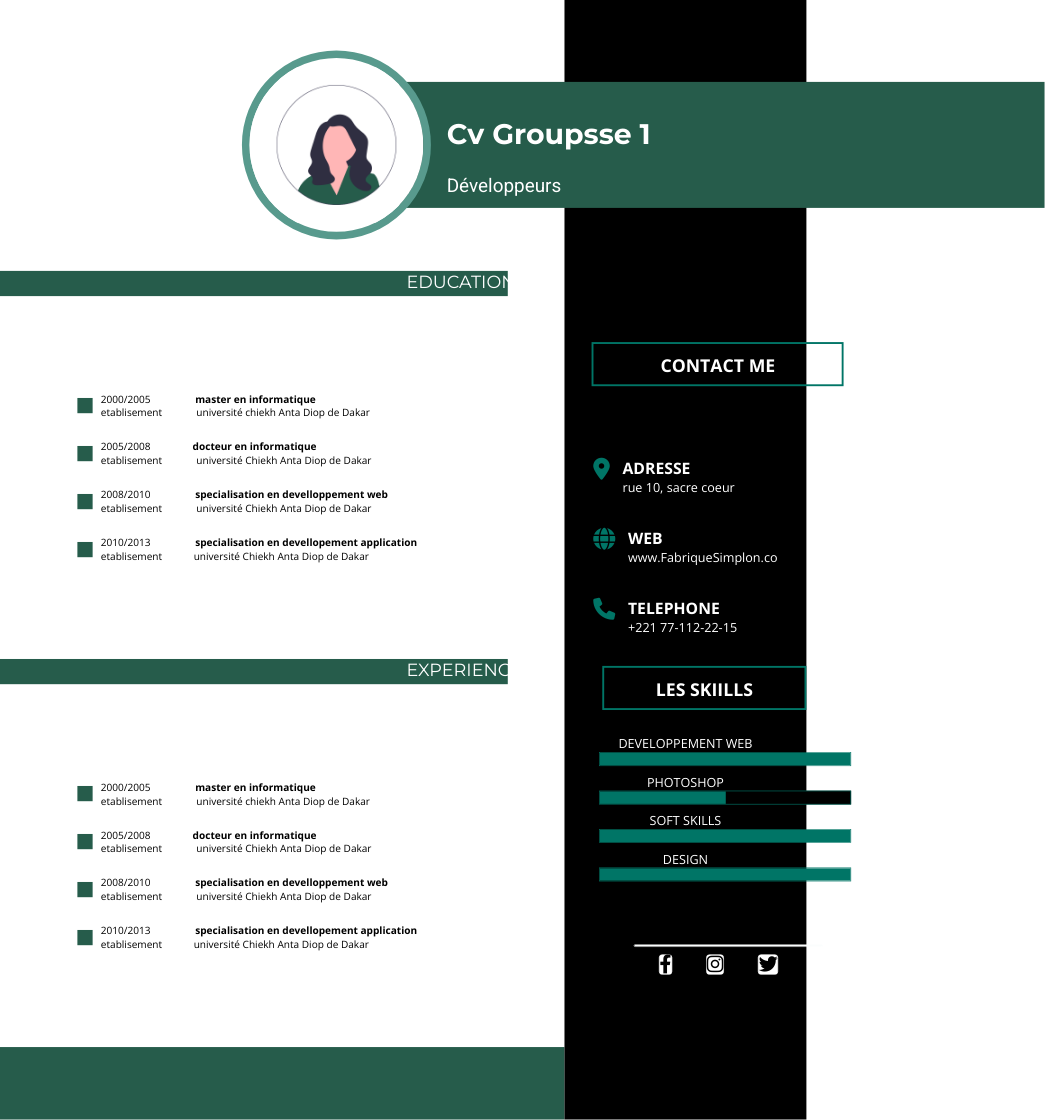
Repository: NdiongueFH/Mon_CV
Page: CV_Groupe1.html
The author's editor kept a copy of each file at every save. The page is drawn from the files as they stood at one save, then again after the next save.
The browser window is 1280 px wide. The page is 1664 px wide, so the pictures cover 1664 px, including what lies to the right of the window. The pictures show the whole page, at 63% of full size.

Above is the page before, as saved 2024-08-05 15:48:39.

### CV_Groupe1.html
<!DOCTYPE html>
<html lang="fr">
<head>
    <meta charset="UTF-8">
    <meta name="viewport" content="width=device-width, initial-scale=1.0">
    <!--Intégration de police d'écriture via un lien web-->
    <link href="https://fonts.googleapis.com/css2?family=Montserrat:wght@400;700&family=Open+Sans:wght@400;700&family=Roboto:wght@400;500&display=swap" rel="stylesheet">
    <!--Intégration de notre lien CSS-->
    <!--Intégration de police d'écriture via un lien web-->
    <link href="https://fonts.googleapis.com/css2?family=Montserrat:wght@400;700&family=Open+Sans:wght@400;700&family=Roboto:wght@400;500&display=swap" rel="stylesheet">
    <link rel="stylesheet" href="https://cdnjs.cloudflare.com/ajax/libs/font-awesome/6.0.0-beta3/css/all.min.css">
    <!--Intégration de notre lien CSS-->
    <link rel="stylesheet" href="CV_Groupe1.css">
    <title>MON CV</title>

</head>
<body>
    <!--section principale-->
    <section id="principal">

        <!--Début Partie Ndiawar-->

        <!--la partie profile de notre cv-->
        <section id="profile">
            <!--identité-->
            <div id="identite">
                <!--image-->
                <div class="image">

                    <img id="image_profil" src="./image/profil.png" alt="" sizes="30" srcset="">
                </div>
                <!--fin image-->
                <!--debut nom-->
                <div class="nom">
                    <h2 id="name_cv">Cv Groupsse 1</h2>
                    <span id="function">Développeurs</span>
                </div>
                <!--fin nom-->
            </div>
            <!--fin identité-->
        </section>
        <!--fin de la partie profile-->

        <!--Fin Partie Ndiawar Diop-->


        <!--le debut du corp de notre cv-->
        <section  id="renseignement">
            <!--corp -->
            <div id="corps">
                <!--debut blanc-->
                <div class="blanc">
                    <!--Début Partie Anta Maguette Faye-->
                    <!--education-->
                    <div class="edu_exp">
                        <!--titre education-->
                        <div class="titre_edu_exp">
                            EDUCATION
                        </div>
                        <!--fin titre education-->
                        <!--parti education-->
                        <div class="info_edu">
                            <ul id="carre">
                                <li>
                                    <p>
                                        2000/2005 &nbsp;&nbsp;&nbsp;<span class="espace"> <strong>master en informatique</strong> </span><br>
                                        etablisement <span class="espace"> université chiekh Anta Diop de Dakar  </span><br>
                                    </p>
                                </li>
                                <li>
                                    <p>
                                        2005/2008  &nbsp;&nbsp;&nbsp;<span class="espace"><strong>docteur en informatique </strong> </span><br>
                                        etablisement <span class="espace"> université Chiekh Anta Diop de Dakar</span>
                                    </p>
                                </li>
                                <li>
                                    <p>
                                        2008/2010 &nbsp;&nbsp;&nbsp;<span class="espace"> <strong>specialisation en develloppement web </strong>  </span><br>
                                        etablisement <span class="espace">université Chiekh Anta Diop de Dakar</span>
                                    </p>
                                </li>
                                <li>
                                    <p>
                                        2010/2013 &nbsp;&nbsp;&nbsp;<span class="espace"> <strong>specialisation en devellopement application</strong></span>  <br>
                                        etablisement<span class="espace">université Chiekh Anta Diop de Dakar</span>
                                    </p>

                                </li>
                            </ul>
                        </div>
                        <!--fin parti education-->
                    </div>
                    <!--fin education-->


                    <!--Fin Partie Anta Maguette Faye-->

                    <!--Début Partie Fatoumata Hawa Ndiongue-->

                    <!--experience-->
                    <div class="edu_exp" >
                        <!--titre experience-->
                        <div class="titre_edu_exp">
                            EXPERIENCE
                        </div>
                        <!--fin titre experience-->
                        <!--parti experience-->
                            <div class="info_edu">
                                <ul id="carre">
                                    <li>
                                        <p>
                                            2000/2005 &nbsp;&nbsp;&nbsp;<span class="espace"> <strong>master en informatique</strong> </span><br>
                                            etablisement <span class="espace"> université chiekh Anta Diop de Dakar  </span><br>
                                        </p>
                                    </li>
                                    <li>
                                        <p>
                                            2005/2008  &nbsp;&nbsp;&nbsp;<span class="espace"><strong>docteur en informatique </strong> </span><br>
                                            etablisement <span class="espace"> université Chiekh Anta Diop de Dakar</span>
                                        </p>
                                    </li>
                                    <li>
                                        <p>
                                            2008/2010 &nbsp;&nbsp;&nbsp;<span class="espace"> <strong>specialisation en develloppement web </strong>  </span><br>
                                            etablisement <span class="espace">université Chiekh Anta Diop de Dakar</span>
                                        </p>
                                    </li>
                                    <li>
                                        <p>
                                            2010/2013 &nbsp;&nbsp;&nbsp;<span class="espace"> <strong>specialisation en devellopement application</strong></span>  <br>
                                            etablisement<span class="espace">université Chiekh Anta Diop de Dakar</span>
                                        </p>

                                    </li>
                                </ul>
                            </div>
                        <!--fin parti experience-->
                    </div>
                    <!--fin experience-->

                    <!--Début Footer-->
                    <div id="footer">

                    </div>
                    <!--Fin Footer-->

                    <!--Fin Partie Fatoumata Hawa Ndiongue-->

                </div>
                <!--fin blanc-->

                <!--Début Moustapha Dieng-->


                <!--debut noir-->
                <div class="noir">
                    <!--contact-->
                    <div class="contact">
                        <!--titre contact-->
                        <div class="titre_contact_skill">
                            <h1>CONTACT ME</h1>
                        </div>
                        <!--fin titre contact-->
                        <!-- donnee contact-->
                        <div class="donnees_contact">
                            <div class="info_contact">
                                <i class="fas fa-map-marker-alt"></i>
                                <div>
                                    <strong>ADRESSE</strong><br>
                                    rue 10, sacre coeur
                                </div>
                            </div>
                            <div class="info_contact">
                                <i class="fas fa-globe"></i>
                                <div>
                                    <strong>WEB</strong><br>
                                    www.FabriqueSimplon.co
                                </div>
                            </div>
                            <div class="info_contact">
                                <i class="fas fa-phone"></i>
                                <div>
                                    <strong>TELEPHONE</strong><br>
                                    +221 77-112-22-15

                                </div>
                            </div>

                        </div>
                        <!--fin donnee contact-->
                    </div>
                    <!--fin contact-->
                    <!--skill-->
                    <div class="skill">
                        <!--titre skill-->
                        <div class="titre_contact_skill2">
                            <h1> LES  SKIILLS</h1>
                        </div>
                        <!--fin titre skill-->
                        <!--donné skill-->
                        <div class="donnees_skill">DEVELOPPEMENT WEB</div>
                            <div class="bar-container">
                                <div class="bar"></div>
                            </div>
                        <div class="donnees_skill">PHOTOSHOP</div>
                            <div class="bar-container">
                                <div class="bar1"></div>
                            </div>
                        <div class="donnees_skill">SOFT SKILLS</div>
                            <div class="bar-container">
                                <div class="bar2"></div>
                            </div>
                        <div class="donnees_skill">DESIGN</div>
                            <div class="bar-container">
                                <div class="bar3"></div>
                            </div>
                        <!--fin donné skill-->
                    </div>
                    <!--fin skill-->
                    <!--resaux socio-->
                    <div id="resaux">
                        <div class="rs-container">
                            <div class="rs"></div>
                        </div>
                        <div class="social-icons">
                            <i class="fab fa-facebook-f"></i>
                            <i class="fab fa-instagram"></i>
                            <i class="fab fa-twitter"></i>
                        </div>
                    </div>
                    <!--fin resaux socio-->
                </div>
                <!--fin noir-->

                <!--Fin Moustapha Dieng-->


            </div>
            <!--fin corp-->

        </section>
        <!--la fin du corp de notre cv-->
    </section>
    <!--Fin section principale-->

</body>
</html>

### CV_Groupe1.css
/*Le pseudo-élément `:root` en CSS permet de définir des variables globales pour un document,
représentant l'élément `<html>`. Utilisé pour centraliser la gestion des styles comme
les couleurs et les polices, il facilite la maintenance du CSS en rendant
les valeurs facilement réutilisables et modifiables dans toute la feuille de style.*/


:root {
    /* Définition des couleurs de base */
    --teal-1: #265C4B; /* Teal foncé */
    --teal-2: #146551; /* Teal moyen foncé */
    --teal-3: #007566; /* Teal vif */
    --teal-4: #589A8D; /* Teal clair */
    --teal-5: #fff; /* Blanc très clair */
    --Noir-6: #000000; /*Noir*/
    --Blanc-7: #ffffff; /*Blanc*/

    /* Utilisation des couleurs pour différents éléments */

    --color-title: var(--teal-1); /* Couleur pour les titres */
    --color-subtitle: var(--teal-3); /* Couleur pour les sous-titres */
    --color-paragraph: var(--teal-2); /* Couleur pour les paragraphes */
    --color-border: var(--teal-4); /* Couleur pour les bordures */
    --color-backgroundFoncé: var(--teal-1); /*Couleur de fond foncée*/
    --color-background: var(--teal-5); /* Couleur de fond général */
    --color-text: var(--Noir-6); /*Couleur pour le texte de fond*/
    --color-white: var(--Blanc-7); /*Couleur blanche pour les texte de fon d'une balise"*/
}

/*Intégration de nos polices d'écritures générales pour notre texte, titre et les sous-titres*/
:root {
    /* Polices */
    --font-title: 'Montserrat', sans-serif;
    --font-text: 'Open Sans', sans-serif;
    --font-subtitle: 'Roboto', sans-serif;

    /* Taille de police standard et poids */
    --font-size-normal: 16px; /* Taille de police standard pour le texte */
    --font-size-title: 28px; /* Taille de police pour les grands titres */
    --font-size-subtitle: 20px; /* Taille de police pour les sous-titres */
    --font-weight-normal: 400; /* Poids normal de la police */
    --font-weight-bold: 700; /* Poids en gras */
    /*Pour le profil la taile du nom et du sous-titre*/
    --font-size-titleProfil: 45px;
    --font-size-subtitleProfil: 30px;
}

/*Intégration de nos polices d'écritures générales pour notre texte, titre et les sous-titres*/
:root {
    /* Polices */
    --font-title: 'Montserrat', sans-serif;
    --font-text: 'Open Sans', sans-serif;
    --font-subtitle: 'Roboto', sans-serif;

    /* Taille de police standard et poids */
    --font-size-normal: 16px; /* Taille de police standard pour le texte */
    --font-size-title: 28px; /* Taille de police pour les grands titres */
    --font-size-subtitle: 20px; /* Taille de police pour les sous-titres */
    --font-weight-normal: 400; /* Poids normal de la police */
    --font-weight-bold: 700; /* Poids en gras */
    /*Pour le profil la taile du nom et du sous-titre*/
    --font-size-titleProfil: 45px;
    --font-size-subtitleProfil: 30px;
}

/*Initialisation de notre body pour supprimer les marges et choix du type de police pour notre site*/


/*Initialisation de notre body pour supprimer les marges et choix du type de police pour notre site*/
* {
  box-sizing: border-box;
}

body {
    margin: 0;
    padding: 0;
    color: var(--color-text);
    font-family: var(--font-text);
    font-size: var(--font-size-normal);
    font-weight: var(--font-weight-normal);
    overflow-x: hidden;
}


#profile {
    position: relative;
    z-index: 1;
    top: 400px;
    right: -30%;
    }

    #principal {
        margin-top: -320px;
    }


/*Partie Ndiawar Diop*/
    /*Début partie profil de Mon_CV*/

/*Div Identité*/
#identite {
    display: flex;
    align-items: center; /* Pour aligner verticalement les éléments à l'intérieur */
    background: none;
}
/*Image*/
.image {
    border: 12px solid var(--color-border);
    width: 300px;  /* Assurez-vous que le conteneur est carré */
    height: 300px;
    border-radius: 50%;  /* Rend l'image ronde */
    overflow: hidden;  /* Cache les parties de l'image qui débordent */
    z-index: 2; /* Nous Plaçons l'image au-dessus de .nom */
    position: relative; /* Nécessaire pour appliquer z-index */
}

#image_profil {
    width: 100%;
    height: 100%;
    object-fit: contain;  /* Garantit que l'image couvre tout l'espace sans déformation */
}
/*Le nom du profil*/
.nom {
    background-color: var(--color-backgroundFoncé);
    width: 80%;
    height: 200px; /* Aligner la hauteur avec celle de l'image */
    display: flex;
    color: var(--color-white);
    flex-direction: column;
    justify-content: center;
    text-align: left;
    padding: 0 20px 0 75px;
    margin-left: -50px; /* Ajustement pour le chevauchement */
    z-index: 1; /* S'assurer que .nom se superpose à .image */
    position: relative;
}
#name_cv{
    font-family: var(--font-title);
    font-size: var(--font-size-titleProfil);
    font-weight: var(--font-weight-bold);
}
#function {
    font-family: var(--font-subtitle);
    font-size: var(--font-size-subtitleProfil);
    font-weight: var(--font-weight-normal);
}
    /*Fin Partie profil de Mon_Cv*/
/*Fin Partie Ndiawar Diop*/

/*titre de l'ducation education*/
.titre_edu_exp{

    font-size: var(--font-size-title);
    font-family: var(--font-title);
    background-color: var(--color-title);
    width: 90%;
    height: 40px;
    text-indent: 80%;
    color: var(--color-white);
}
/*partie education*/
.info_edu{
font-size: var(--font-size-normal);
font-family: var(--font-text);
color: var(--color-text);
padding: 120px;

}
/*l espace entre les deux bloc d'information*/
.espace{

margin-left: 50px;
/*text-align:initial;*/
}
/*creation de carree avant les ecriture*/
#carre li{

    display: flex;
    position: relative;
}

 #carre li::before{
   content:"■";
   font-size: 50px;
   color: var(--color-title);
   position: absolute;
   margin-left: -40px;
}

/*Footer*/
#footer {
    /*height: 40px;*/
    padding: 40px 0 75px 0;
    background-color: var(--color-backgroundFoncé);
}

/*#principal {
    display: flex;
    background-color: white;
    width: 1600px;
    height: 2400px;
    margin: 0;
}*/
#corps {
    display: flex;
    width: 100%;
}

.blanc {
    width: 70%;
    padding-top: 450px;
    height: auto;
}
.noir {
    padding-top: 450px;
    width: 30%;
    background-color: var(--color-text);
    height: auto;
    color: var(--color-white);
}
.contact {
    display: flex;
    flex-direction: column;
    align-items: center; /* Center horizontally */
    justify-content: center; /* Center vertically (if height is set) */
    width: 80%; /* ou toute autre largeur appropriée */
    margin: 0 auto;
    padding-top: 80px;
    color: var(--color-white);
}

.titre_contact_skill{
    font-size: 24px;
    margin-bottom: 20px;
    text-align: center; /* Center the title text */
    /*border: 4px solid var(--color-backgroundFoncé);*/
    width: 100%; /* Ajuste selon tes besoins */
    padding: 5px;
 }
 .titre_contact_skill2{
    display: flex;
    flex-wrap: wrap;
    font-size: 24px;
    margin-left: 60px;
    padding-top: 0px;
    margin-top: 20px;

 }
 h1{
    border: #007566 solid;
    width: 400px;
    height: 70px;
    text-align: center;
    justify-content: center;
    align-items: center;
    padding-top: 15px;

 }


.donnees_contact {
    display: flex;
    flex-wrap: wrap;
    flex-direction: column;
    gap: 10px;
    padding-top: 20px;
}

.info_contact {
    display: flex;
    flex-wrap: wrap;
    align-items: flex-start;
    font-size: 20px;
    color: #ffffff;
    margin-top: 40px;
}

.info_contact i {
    color: #007566;
    font-size: 35px;
    margin-right: 20px;
}

.info_contact div {
    display: flex;
    flex-direction: column;
}

.info_contact strong {
    font-size: 25px;
}

.info_contact br {
    display: none;
}
.bar-container {
    width: 400px;
    background-color: black;
    border: 1px solid #007566;
    overflow: hidden;
    margin-left: 55px;
 }


 .bar {
    width: 400px;
    height: 20px;
    background-color: #007566;
 }
 .bar1 {
    width: 200px;
    height: 20px;
    background-color: #007566;
 }
 .bar2 {
    width: 410px;
    height: 20px;
    background-color: #007566;
 }
 .bar3 {
    width: 460px;
    height: 20px;
    background-color: #007566;
 }


 .donnees_skill{
    justify-content: center;
    align-items: center;
    text-align: center;
    font-size: 20px;
    margin-top: 12px;
 }

 .rs-container {
    width: 300px;
    background-color: black;
    border: 1px solid #fcfdfd;
    border-radius: 5px;
    overflow: hidden;
    margin-left: 110px;
 }
 .rs {
    width: 100%;
    height: 2px;
    background-color: #fbfdfd;
 }
 #resaux{
    margin: 100px 0 30px 0;
    /* align-content: center; */
    display: block;
    justify-content: center;
 }
 .social-icons {
 margin-top: 12px;
 padding-left: 100px;
 padding-top: 0px;
 }

 .social-icons i {
    justify-content: center;
    font-size: 30px;
    border: 1px #ffffff solid;
    border-radius: 5px;
    color: #000000;
    background-color: #ffffff;
    margin-left: 50px;
 }

After the next save:
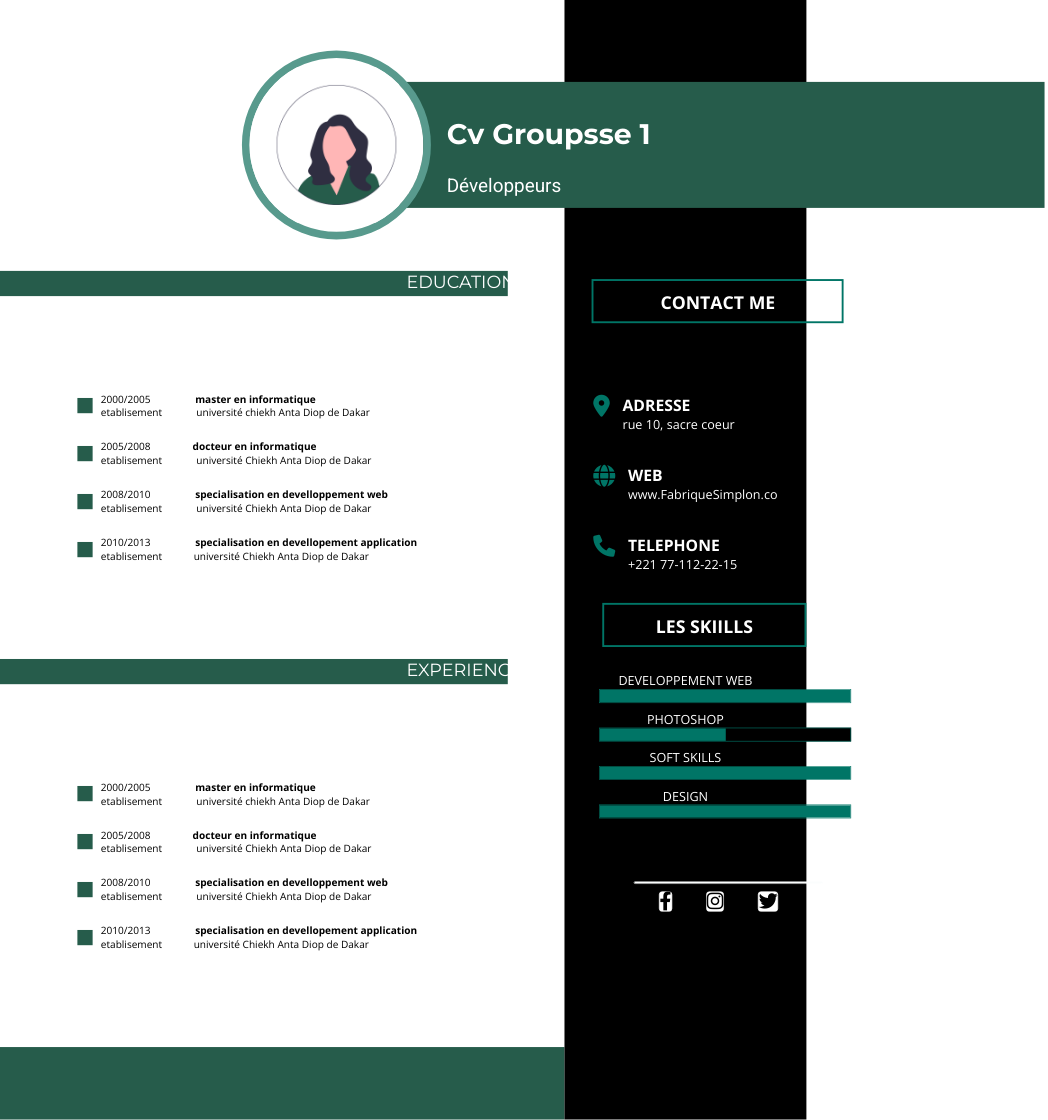
Saved 21 s later.
--- a/CV_Groupe1.css
+++ b/CV_Groupe1.css
@@ -211,7 +211,7 @@ margin-left: 50px;
     height: auto;
 }
 .noir {
-    padding-top: 450px;
+    padding-top: 350px;
     width: 30%;
     background-color: var(--color-text);
     height: auto;
